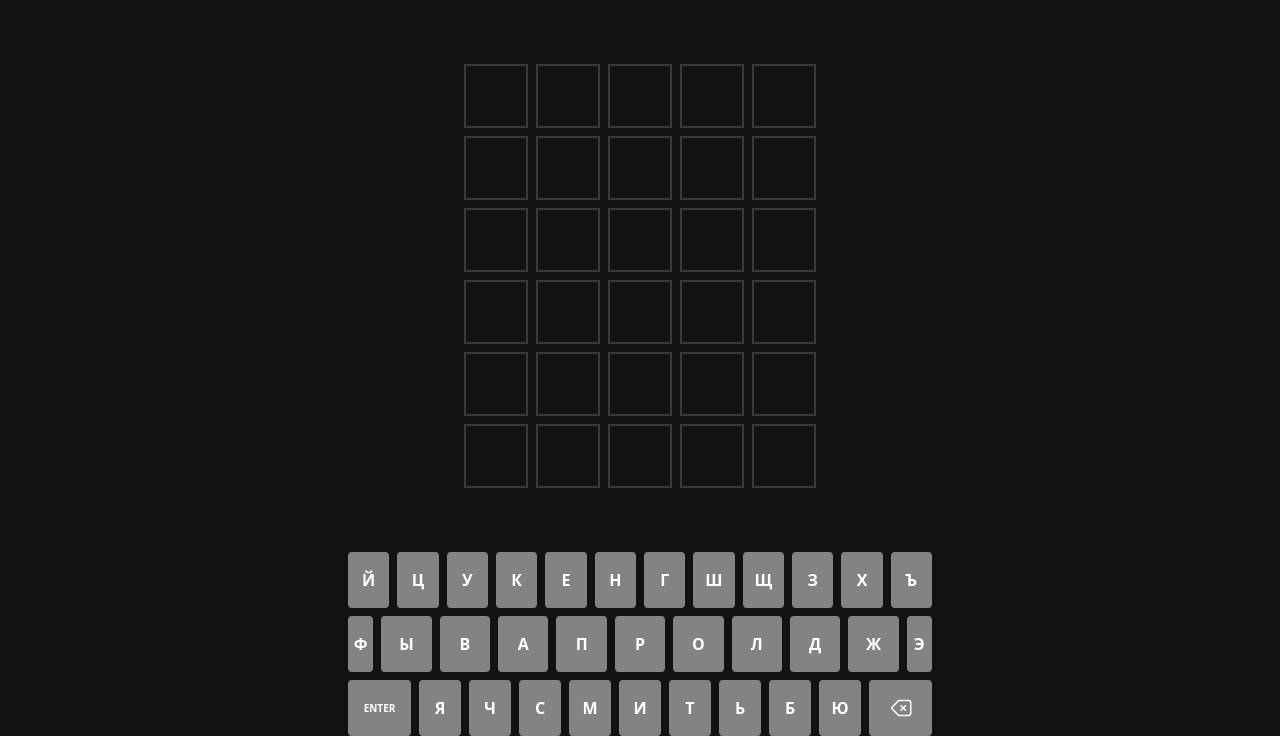
Repository: maxempolk/wordle-app
Page: / (app in frontend/)
An editor plug-in stored every save of this project. The page is shown before and after the next save, followed by the edit.
The browser window is 1280 px wide. The pictures show the whole page.
The page's requests for data from a server got no answer. The project was rebuilt for these pictures with package versions that can differ from the ones it lists, and the page was loaded fresh each time. No one was signed in, and anything a server would have sent is missing. Also part of the build but not shown: frontend/vite.config.ts, frontend/src/components/ResultModal.vue.

Above is the page before, as saved 2025-02-24 00:56:13.

After the next save:
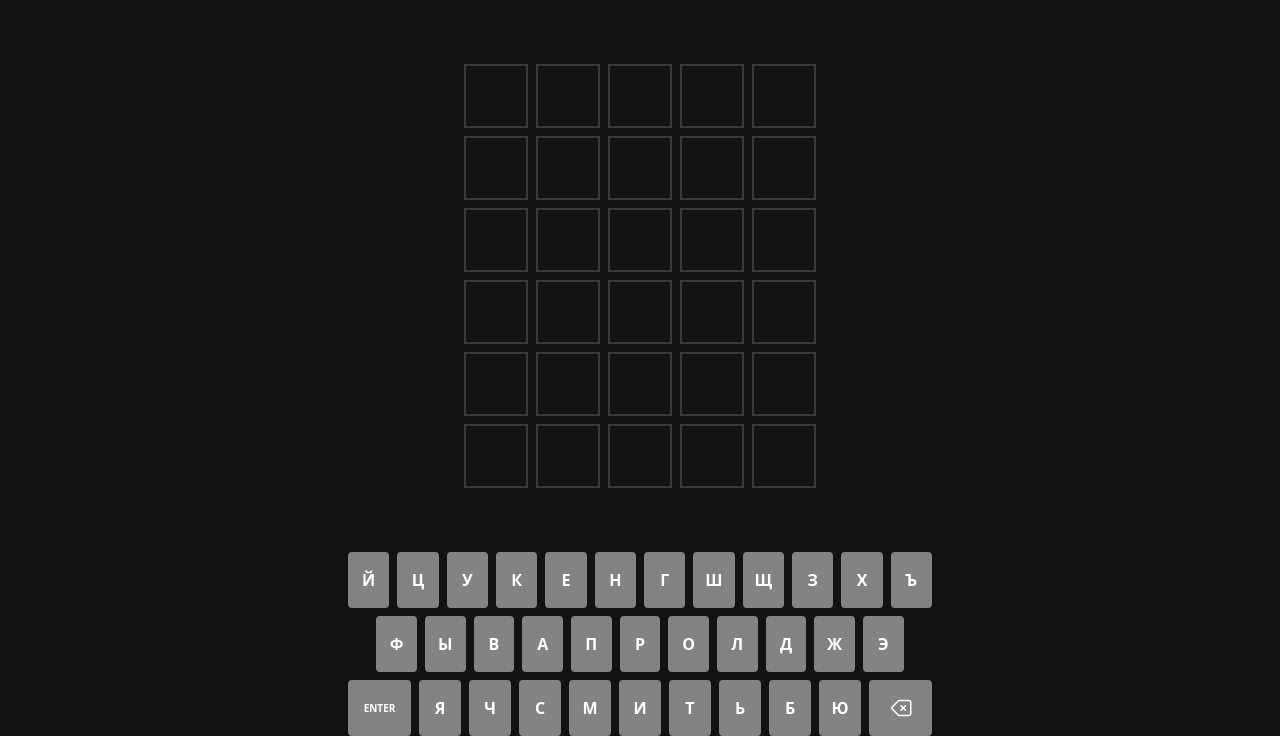
Saved 12 s later.
--- a/frontend/src/components/TheKeyboard.vue
+++ b/frontend/src/components/TheKeyboard.vue
@@ -28,12 +28,14 @@ const keyPress = (char: string) => {
     </div>
 
     <div class="row middle-row gap-1 sm:gap-2">
+      <div></div>
       <TheKeyboardLetter
         :model-value="char"
         v-for="char in alph2"
         :key="'letter-' + char"
         @click="keyPress(char)"
       />
+      <div></div>
     </div>
 
     <div class="row bottom-row gap-1 sm:gap-2">
@@ -59,7 +61,7 @@ const keyPress = (char: string) => {
 }
 
 .middle-row {
-  grid-template-columns: 0.5fr repeat(9, 1fr) 0.5fr;
+  grid-template-columns: 0.5fr repeat(11, 1fr) 0.5fr;
 }
 
 .bottom-row {
